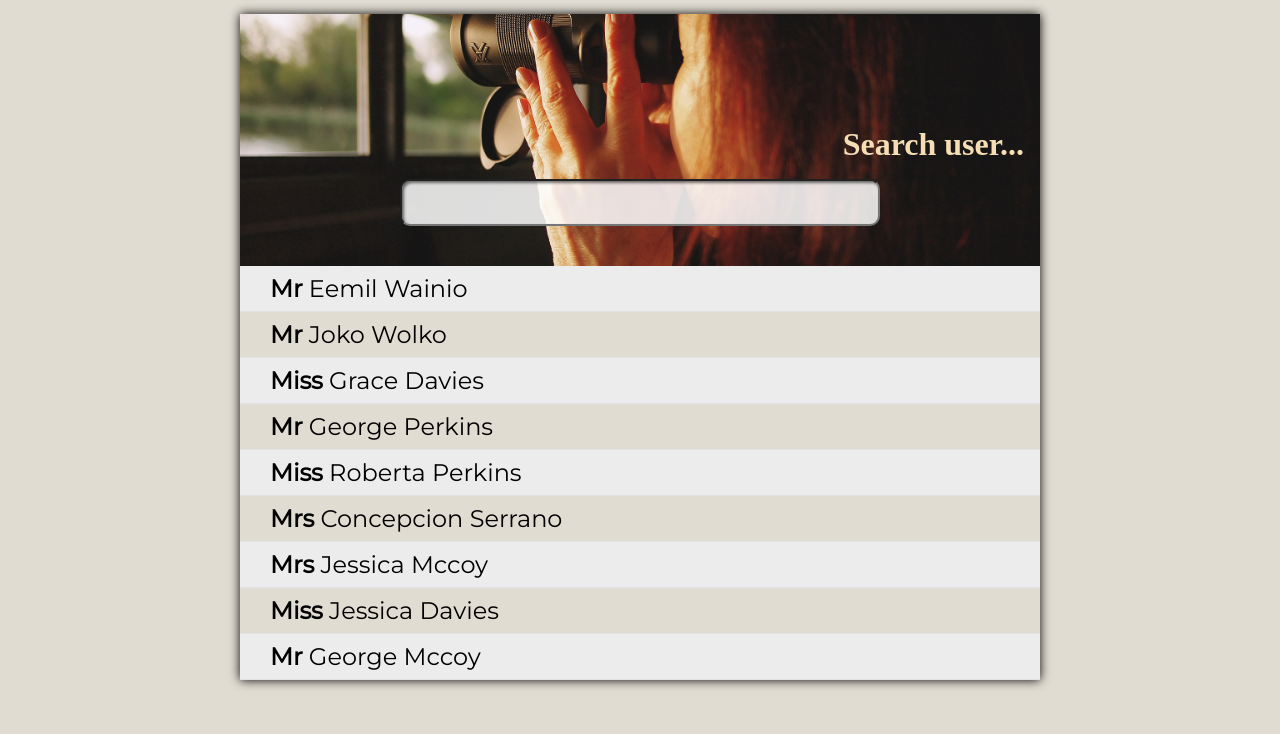
Repository: KrzysKolo/sr_tydzien5_zad4
Page: /
These files come from the project's save history. The page is drawn as it stood at one moment and after the next save; the edit follows.
The browser window is 1280 px wide. The pictures show the whole page.
The project was rebuilt for these pictures with package versions that can differ from the ones it lists, and the page was loaded fresh each time.

Above is the page before, as saved 2021-01-03 05:59:51.

### public/index.html
<!DOCTYPE html>
<html lang="en">
  <head>
    <meta charset="utf-8" />
    <link rel="icon" href="%PUBLIC_URL%/favicon.ico" />
    <meta name="viewport" content="width=device-width, initial-scale=1" />
    <meta name="theme-color" content="#000000" />
    <meta
      name="description"
      content="Web site created using create-react-app"
    />
    <link rel="apple-touch-icon" href="%PUBLIC_URL%/logo192.png" />
    <!--
      manifest.json provides metadata used when your web app is installed on a
      user's mobile device or desktop. See https://developers.google.com/web/fundamentals/web-app-manifest/
    -->
    <link rel="manifest" href="%PUBLIC_URL%/manifest.json" />
    <!--
      Notice the use of %PUBLIC_URL% in the tags above.
      It will be replaced with the URL of the `public` folder during the build.
      Only files inside the `public` folder can be referenced from the HTML.

      Unlike "/favicon.ico" or "favicon.ico", "%PUBLIC_URL%/favicon.ico" will
      work correctly both with client-side routing and a non-root public URL.
      Learn how to configure a non-root public URL by running `npm run build`.
    -->
    <link rel="preconnect" href="https://fonts.gstatic.com">
<link href="https://fonts.googleapis.com/css2?family=Montserrat&display=swap" rel="stylesheet">
    <title>User search</title>
  </head>
  <body>
    <noscript>You need to enable JavaScript to run this app.</noscript>
    <div id="root"></div>
    <!--
      This HTML file is a template.
      If you open it directly in the browser, you will see an empty page.

      You can add webfonts, meta tags, or analytics to this file.
      The build step will place the bundled scripts into the <body> tag.

      To begin the development, run `npm start` or `yarn start`.
      To create a production bundle, use `npm run build` or `yarn build`.
    -->
  </body>
</html>

### src/App.js
import React from 'react';
import UsersContainer from './components/UsersContainer';
import Header from './components/Header';
import './App.css';


const App = () => {

  return (
    <section>
      <Header />
      <UsersContainer/>
    </section>
  )
}

export default App;

### src/components/UsersContainer.js
import React, { useState, useEffect } from 'react';


const UsersContainer = () => {

  const UsersAPI = '/users.json';

  const [ users, setUsers ] = useState([]);

  useEffect(() => {

    fetch(UsersAPI)
      .then(res => res.json())
      .then(data => {
        console.log(data.users);
        setUsers(data.users);
      })
    }, []);

    const user = users.map(user => (
      <li className="user" key={user.id}><b>{user.title}</b> {user.first} {user.last}</li>
    ))
    return (
        <ul>
					{user}
        </ul>
    )
}

export default UsersContainer;

### src/components/Header.js
import React from 'react';

const Header = () => {
    return (
        <div className="header__section">
            <h1 className="header__title">Search user...</h1>
            <div className="header__search-wrapper">
                <input className="header__search" type="text" />
            </div>
        </div>
    )
}

export default Header;

### src/App.css
* {
  box-sizing: border-box;
  padding: 0;
  margin: 0;
}
body {
  height: 100vh;
  width: 100vw;
  background-color: rgba(218, 212, 199, 0.8);
}
section {
  margin: 2vh auto;
  width: 70%;
  max-width: 800px;
  display: flex;
  flex-direction: column;
  box-shadow: 0 0 10px #000;
}
.header__section {
  height: 35vh;
  background-image: url("./images/girl.jpg");
  background-position: center;
  background-size: cover;
  display: flex;
  flex-direction: column;
  justify-content: flex-end;
}
.header__title {
  font-size: 2rem;
  margin: 0 1rem 1rem auto;
  color: wheat;
}
.header__search-wrapper {
  width: 100%;
  margin-bottom: 40px;
  display: flex;
  justify-content: center;
}
.header__search {
  padding: 10px 20px;
  width: 60%;
  border-radius: 10px;
  background-color: rgba(255, 255, 255, 0.85);
  box-shadow: inset 2px 2px 3px 0px rgba(0, 0, 0, 0.55);
  font-size: 20px;
}
.user {
  font-size: 1.5rem;
  font-family: "Montserrat", sans-serif;
  padding: 10px;
  list-style: none;
  padding: 8px 30px;
  border-bottom: 1px solid rgb(226, 226, 226);
}
.user:nth-child(odd) {
  background: #ececec;
}

### public/users.json
{
    "users": [
      {
        "id": 1,
        "title": "Mr",
        "first": "Eemil",
        "last": "Wainio"
       },
      {
        "id": 2,
        "title": "Mr",
        "first": "Joko",
        "last": "Wolko"
      },
      {
        "id": 3,
        "title": "Miss",
        "first": "Grace",
        "last": "Davies"
      },
      {
        "id": 4,
        "title": "Mr ",
        "first": "George ",
        "last": "Perkins"
      },
      {
        "id": 5,
        "title": "Miss",
        "first": "Roberta ",
        "last": "Perkins"
      },
      {
        "id": 6,
        "title": "Mrs ",
        "first": "Concepcion ",
        "last": "Serrano"
      },
      {
        "id": 7,
        "title": "Mrs ",
        "first": "Jessica ",
        "last": "Mccoy"
      },
      {
        "id": 8,
        "title": "Miss",
        "first": "Jessica",
        "last": "Davies"
      },
      {
        "id": 9,
        "title": "Mr",
        "first": "George",
        "last": "Mccoy"
      }
    ]
  }

Loaded but not shown: src/index.js (common file)

After the next save:
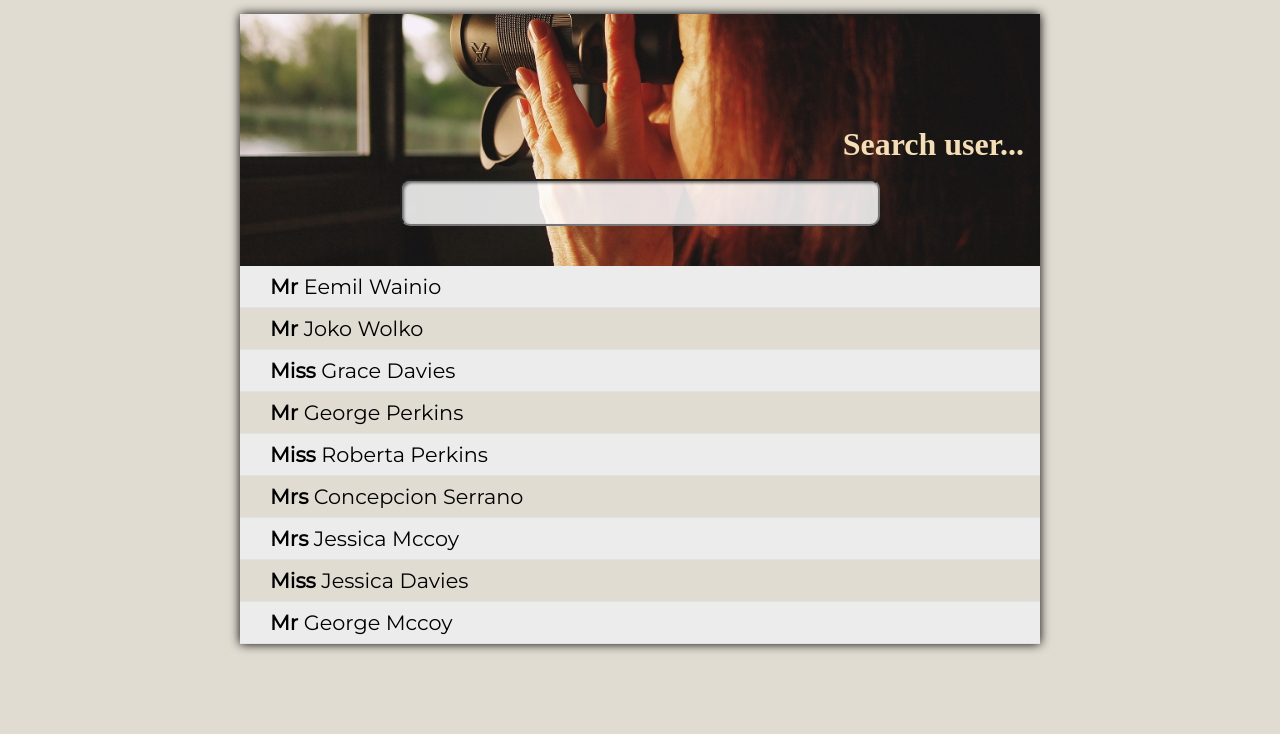
Saved 16 s later.
--- a/src/App.css
+++ b/src/App.css
@@ -45,7 +45,7 @@ section {
   font-size: 20px;
 }
 .user {
-  font-size: 1.5rem;
+  font-size: 1.3rem;
   font-family: "Montserrat", sans-serif;
   padding: 10px;
   list-style: none;
